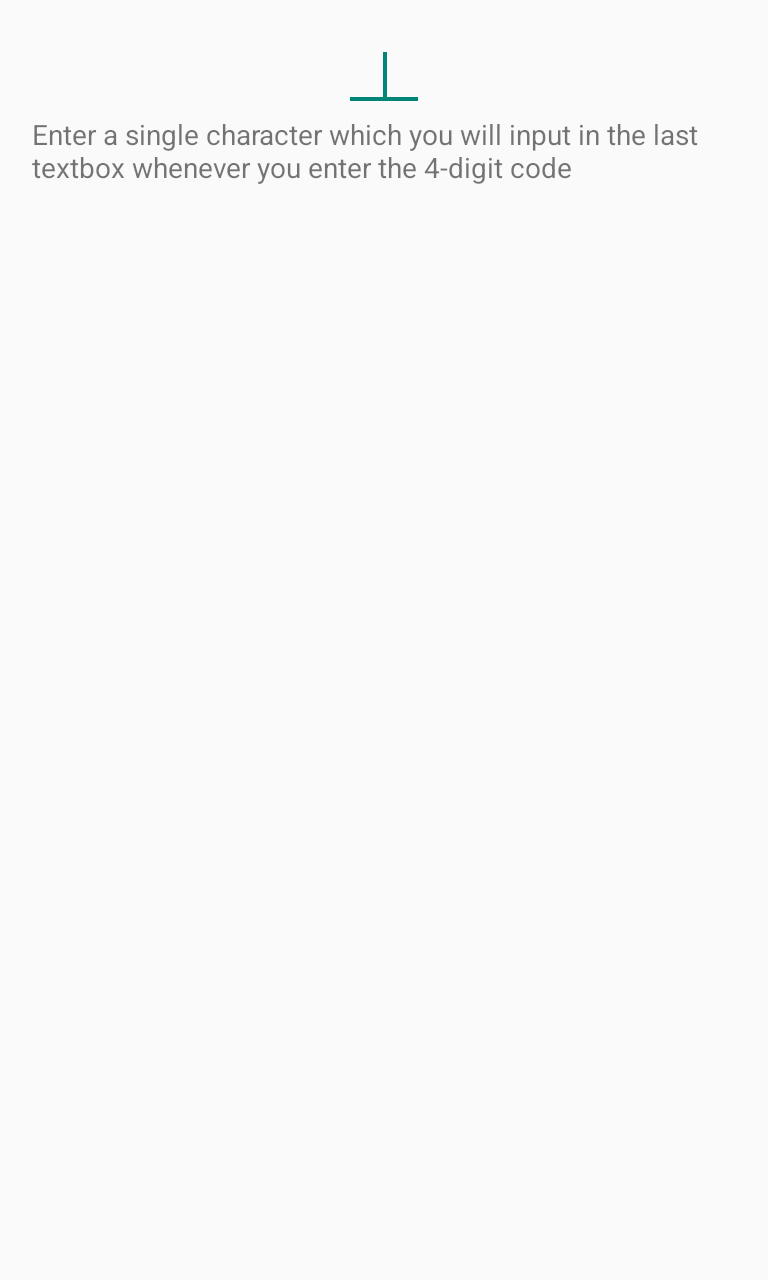
Repository: japheth-starita/DoorLockSystem
Layout: DoorLockSystem/res/layout/user_input_box.xml
An editor plug-in stored every save of this project. The layout is shown before and after a run of saves, followed by the edit.
It is drawn on a 768 x 1280 px phone screen (xhdpi) without system bars, with theme AppTheme; the app's code is not run.

Above is the layout before, as saved 2015-12-19 09:30:41.

After the next 2 saves:
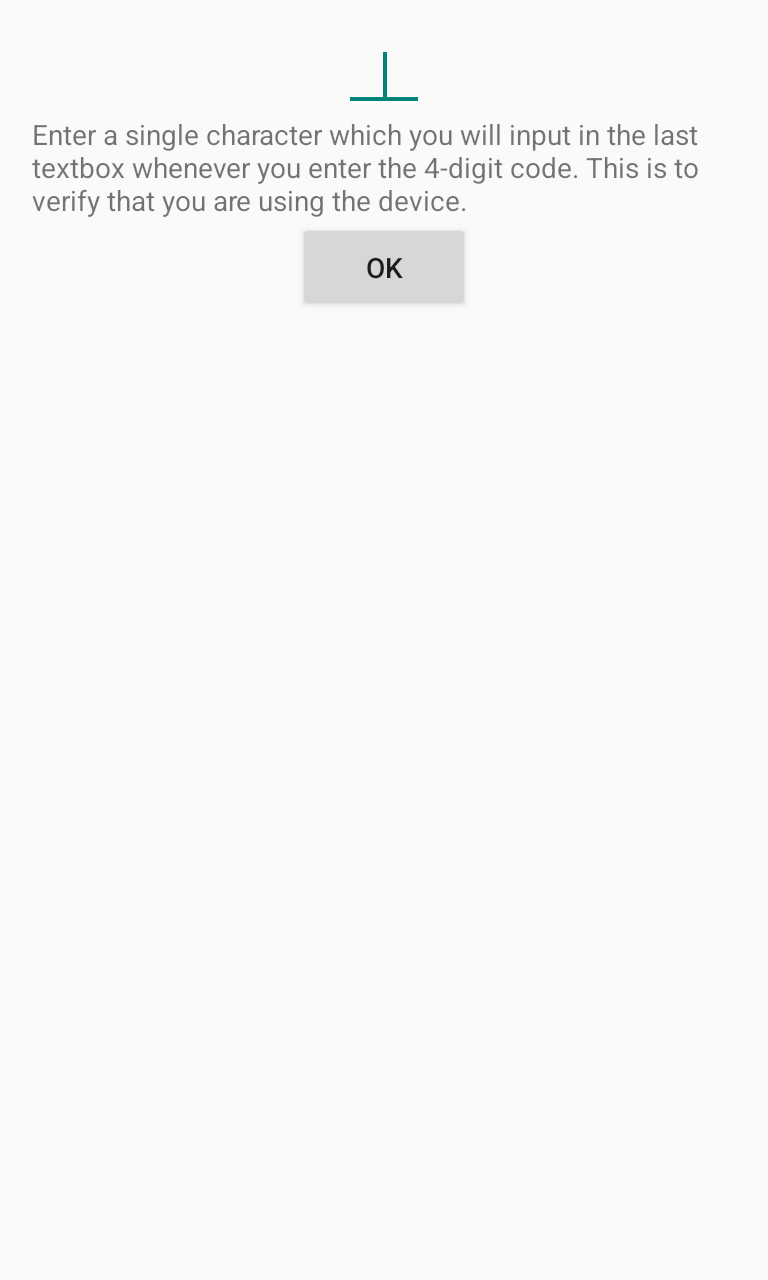
The 2 saves are shown as one change because they came seconds apart.
The last was saved 2 min 14 s later.
--- a/DoorLockSystem/res/layout/user_input_box.xml
+++ b/DoorLockSystem/res/layout/user_input_box.xml
@@ -23,6 +23,14 @@
         android:layout_below="@+id/inputverifychar"
         android:layout_width="wrap_content"
         android:layout_height="wrap_content"
-        android:text="Enter a single character which you will input in the last textbox whenever you enter the 4-digit code" />
+        android:text="Enter a single character which you will input in the last textbox whenever you enter the 4-digit code. This is to verify that you are using the device." />
+
+    <Button
+        android:id="@+id/setverifychar"
+        android:layout_width="wrap_content"
+        android:layout_height="wrap_content"
+        android:layout_centerHorizontal="true"
+        android:layout_below="@+id/instruction"
+        android:text="OK" />
 
 </RelativeLayout>
